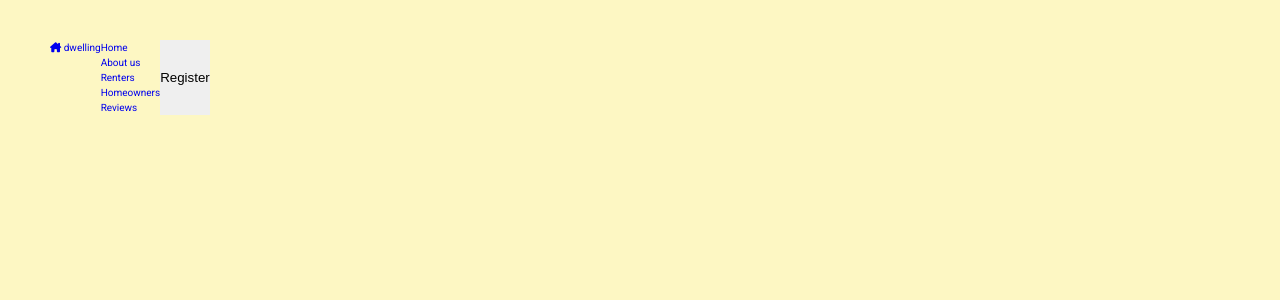
Repository: phanhuy16/Folder
Page: form login/index.html
The author's editor kept a copy of each file at every save. The page is drawn from the files as they stood at one save, then again after the next save.
The browser window is 1280 px wide. The pictures show the whole page.

Above is the page before, as saved 2023-05-05 21:13:25.

After the next save:
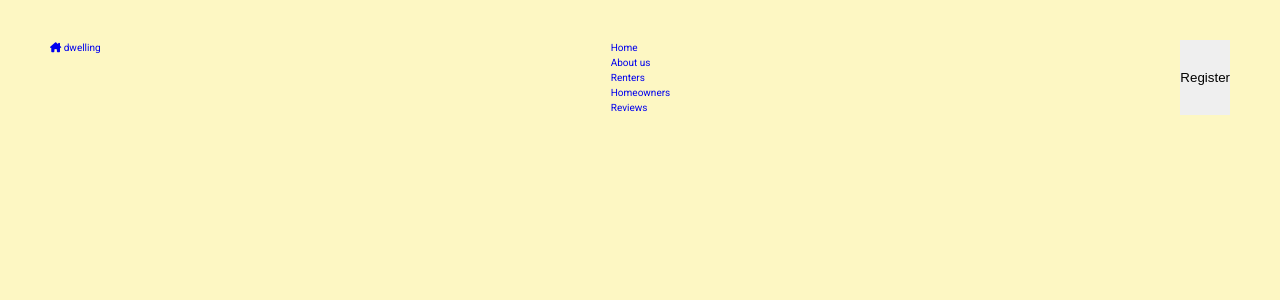
Saved 103 s later.
--- a/form login/main/style.css
+++ b/form login/main/style.css
@@ -11,5 +11,5 @@
 
 .homepage {
     display: flex;
-    justify-items: center;
+    justify-content: space-between;
 }
